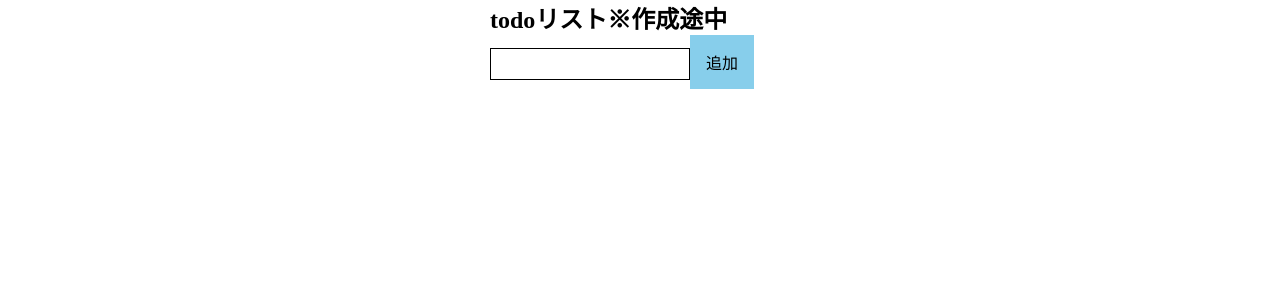
Repository: FujieRyou/react_practice
Page: /
These files come from the project's save history. The page is drawn as it stood at one moment and after the next save; the edit follows.
The browser window is 1280 px wide. The pictures show the whole page.
The project was rebuilt for these pictures with package versions that can differ from the ones it lists, and the page was loaded fresh each time. Also part of the build but not shown: vite.config.js, src/components/testComponent.jsx, src/components/countUp.jsx, src/components/switchFlag.jsx, src/components/props1.jsx, src/components/profile.jsx, src/components/ivent.jsx.

Above is the page before, as saved 2023-01-19 03:47:01.

After the next save:
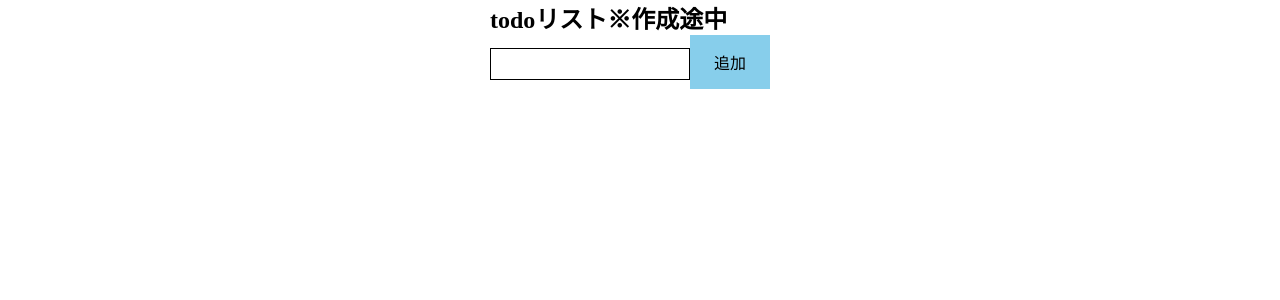
Saved 51 s later.
--- a/src/scss/style.scss
+++ b/src/scss/style.scss
@@ -48,7 +48,7 @@ input{
 }
 
 .addBtn{
-    width: 64px;
+    width: 80px;
     height: 54px;
     background-color: skyblue;
 }
